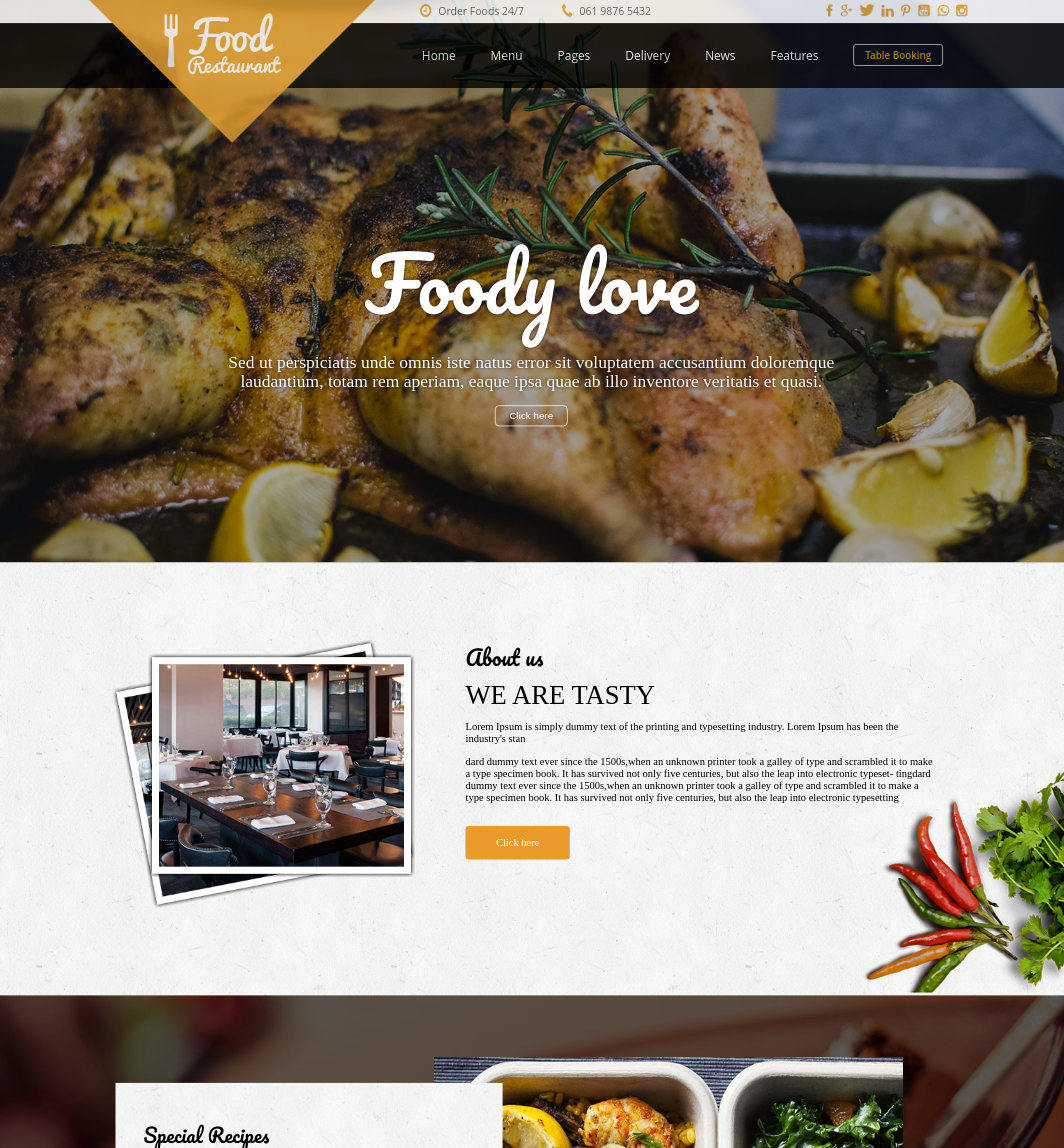
Repository: harshrathore123/GroupJavaScript-MERN-STACK-DEVELOPER-
Page: Express/miniProject/public/About.html
An editor plug-in stored every save of this project. The page is shown before and after the next save, followed by the edit.
The browser window is 1280 px wide. The page is 1520 px wide, so the pictures cover 1520 px, including what lies to the right of the window. The pictures show the part of the page from y = 0 to 1640 px (the page is 2400 px tall before and 1597 px after), at 70% of full size.

Above is the page before, as saved 2025-09-19 16:26:45.

After the next save:
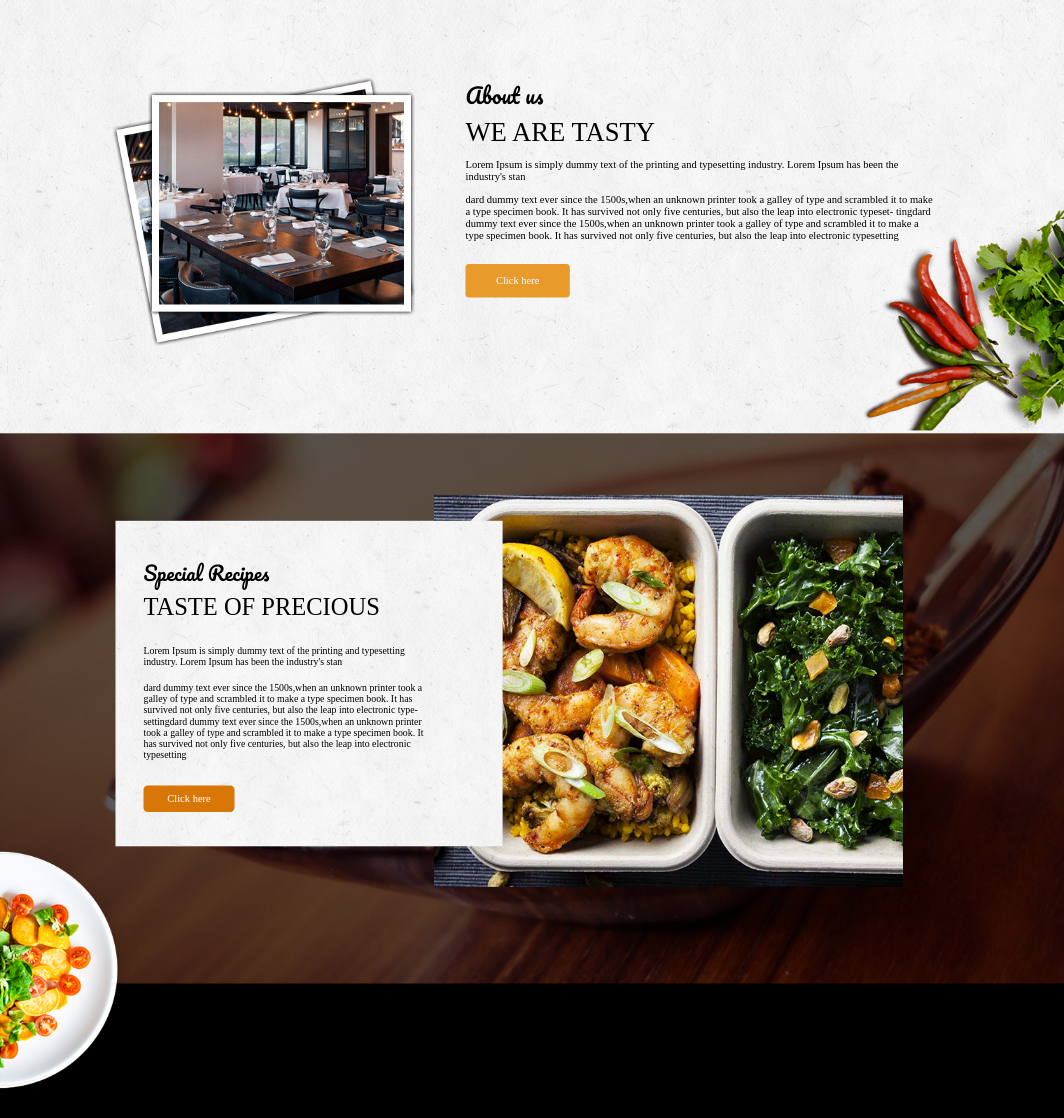
Saved 19 s later.
--- a/Express/miniProject/public/About.html
+++ b/Express/miniProject/public/About.html
@@ -8,75 +8,6 @@
 </head>
 
 <body>
-    <!-- Section 1 Header Part -->
-    <div class="main">
-
-        <!-- Main Image on Header -->
-        <img src="../Image/MainImage.png" alt="" width="1520" height="803">
-
-        <!-- Navbar -->
-        <div class="navbar">
-            <!-- Navbar Logo Image -->
-            <div class="navbarlogoimage">
-                <!-- Navbar Detail -->
-                <div class="orderfooddetail">
-                    <div class="orderfood">
-                        <img src="../Image/orderfood.png" alt="Clock icon for order foods 24/7">
-                        <p>Order Foods 24/7</p>
-                    </div>
-
-                    <div class="contact">
-                        <img src="../Image/callsign.png" alt="Phone icon">
-                        <p>061 9876 5432</p>
-                    </div>
-                </div>
-
-                <!-- Navbar Social Media Icons -->
-                <div class="socialmediasign">
-                    <img src="../Image/facebook.png" alt="Facebook icon">
-                    <img src="../Image/google.png" alt="Google Plus icon">
-                    <img src="../Image/twitter.png" alt="Twitter icon">
-                    <img src="../Image/linkdin.png" alt="LinkedIn icon">
-                    <img src="../Image/p.png" alt="Pinterest icon">
-                    <img src="../Image/save.png" alt="Save icon">
-                    <img src="../Image/whatsapp.png" alt="WhatsApp icon">
-                    <img src="../Image/instagram.png" alt="Instagram icon">
-                </div>
-
-                <div class="logoimg">
-                    <img src="../Image/Logo.png" alt="Food Restaurant logo">
-                </div>
-                <div class="navbarlogocoverimage">
-                    <img src="../Image/LogoCover.png" alt="Logo cover design">
-                </div>
-            </div>
-
-            <!-- Added navigation links container -->
-            <nav class="navlinks">
-                <ul>
-                    <li><a href="#">Home</a></li>
-                    <li><a href="#">Menu</a></li>
-                    <li><a href="#">Pages</a></li>
-                    <li><a href="#">Delivery</a></li>
-                    <li><a href="#">News</a></li>
-                    <li><a href="#">Features</a></li>
-                    <li><button class="tablebooking">Table Booking</button></li>
-                </ul>
-            </nav>
-        </div>
-
-        <!-- Center Part of Header -->
-        <div class="content_on_header">
-            <div class="overlay">
-                <h1>Foody love</h1>
-                <p>
-                    Sed ut perspiciatis unde omnis iste natus error sit voluptatem accusantium doloremque laudantium,
-                    totam rem aperiam, eaque ipsa quae ab illo inventore veritatis et quasi.
-                </p>
-                <button>Click here</button>
-            </div>
-        </div>
-    </div>
 
     <!-- Section 2 Top Part -->
     <div class="about_us_top_container">
